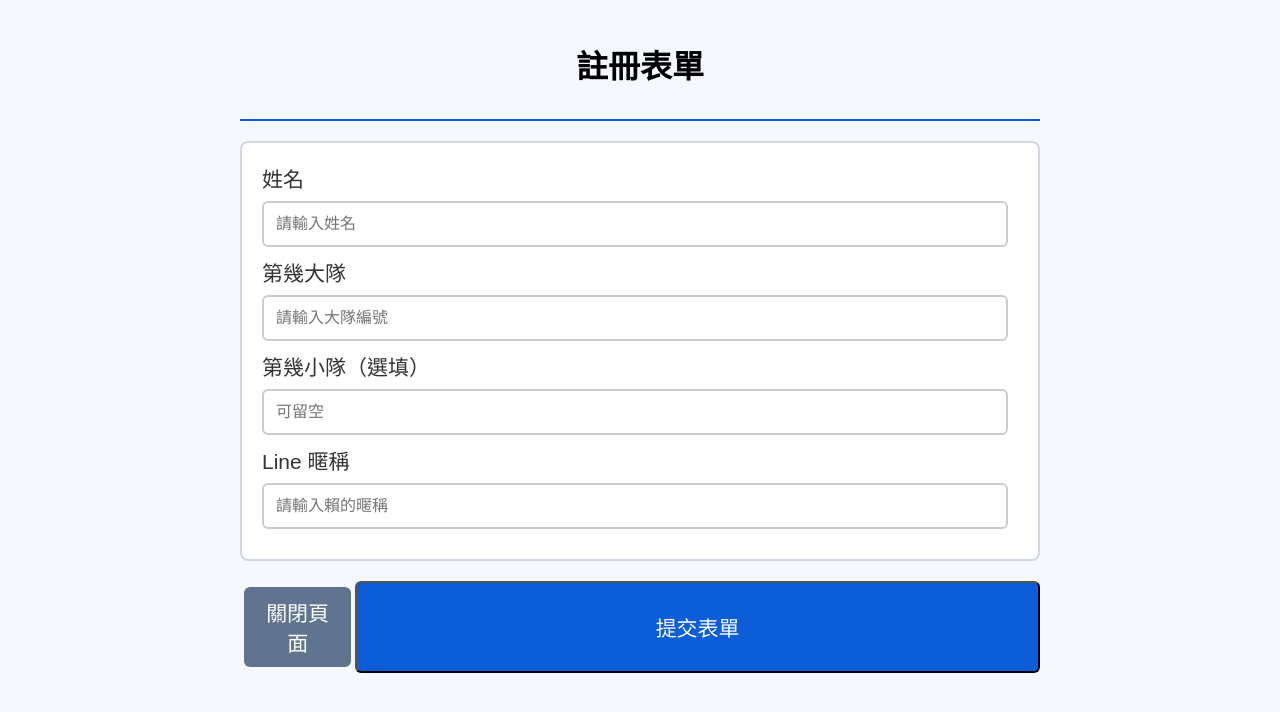
Repository: mommygoose40/register
Page: index.html
The author's editor kept a copy of each file at every save. The page is drawn from the files as they stood at one save, then again after the next save.
The browser window is 1280 px wide. The pictures show the whole page.

Above is the page before, as saved 2025-11-11 16:12:48.

### index.html
<!DOCTYPE html>
<html lang="zh-TW">
<head>
  <meta charset="UTF-8">
  <meta name="viewport" content="width=device-width, initial-scale=1.0">
  <title>防汛志工註冊表單</title>
  <style>
    /* === 基本排版設定 === */
    body {
      font-family: Arial, sans-serif;
      background-color: #f5f8ff;  /* 背景顏色 */
      color: #000;                /* 文字顏色 */
      margin: 0;
      padding: 0;
    }

    /* 內容區域的最大寬度 */
    .container {
      max-width: 800px;
      margin: 0 auto;   /* 居中 */
      padding: 20px;
    }

    /* 頁面標題樣式 */
    .header {
      text-align: center;
      color: #000;
      border-bottom: 2px solid #0b5ed7; /* 底部藍色邊框 */
      padding-bottom: 10px;
      margin-bottom: 20px;
    }

    /* 步驟標題樣式 */
    .step-title {
      font-weight: 700;
      font-size: 22px;
      color: #000;
      margin-bottom: 14px;
    }

    /* 表單區塊樣式 */
    .form-section {
      background: white;
      border-radius: 8px;
      border: 2px solid #d0d7e2;  /* 輕灰色邊框 */
      padding: 20px;
      margin-bottom: 20px;
    }

    /* 輸入框的樣式 */
    label {
      font-size: 21px;  /* 文字大小與異常類型選項一致 */
      color: #333;
      margin-bottom: 8px;
      display: inline-block;
    }

    input[type="text"],
    input[type="number"] {
      padding: 12px;
      width: 95%;
      border: 2px solid #ccc;
      border-radius: 6px;
      font-size: 16px;
      margin-bottom: 10px;
    }

    /* 按鈕樣式 */
    .ui-btn {
      display: inline-flex;
      align-items: center;
      justify-content: center;
      padding: 10px 18px;          /* 按鈕間距 */
      margin: 6px 4px;             /* 按鈕外邊距 */
      background: #0b5ed7;         /* 藍色按鈕背景顏色 */
      color: #fff;                 /* 文字顏色 */
      border: none;                /* 去除邊框 */
      border-radius: 6px;          /* 圓角設計 */
      font-size: 21px;             /* 字體大小 */
      cursor: pointer;
    }

    .ui-btn:active {
      filter: brightness(0.7);  /* 按鈕被按下時的亮度變暗效果 */
    }

    /* 灰色型按鈕 */
    .ui-btn.gray {
      background: #60748f;
    }

    /* 提交按鈕 */
    .submit-btn {
      background: #0b5ed7;
      font-size: 21px;
      color: white;
      padding: 12px 18px;
      border-radius: 6px;
      cursor: pointer;
      width: 100%;
    }

    .submit-btn:hover {
      background: #0a4a91;
    }

  </style>
</head>

<body>
  <div class="container">
    <div class="header">
      <h1>註冊表單</h1>
    </div>

    <div class="form-section">
      <label for="name">姓名</label>
      <input type="text" id="name" name="name" placeholder="請輸入姓名" required>

      <label for="division">第幾大隊</label>
      <input type="number" id="division" name="division" placeholder="請輸入大隊編號" required>

      <label for="team">第幾小隊（選填）</label>
      <input type="number" id="team" name="team" placeholder="可留空">

      <label for="lineName">Line 暱稱</label>
      <input type="text" id="lineName" name="lineName" placeholder="請輸入賴的暱稱" required>
    </div>

    <!-- 按鈕區域 -->
    <div style="display: flex; justify-content: space-between;">
      <button class="ui-btn gray" onclick="window.close()">關閉頁面</button>
      <button class="submit-btn" type="submit" onclick="submitForm()">提交表單</button>
    </div>
  </div>

  <script>
    function submitForm() {
  const name = document.getElementById('name').value;
  const division = document.getElementById('division').value;
  const team = document.getElementById('team').value;
  const lineName = document.getElementById('lineName').value;

  const formData = new FormData();
  formData.append('姓名', name);       // 使用中文鍵名
  formData.append('大隊', division);   // 使用中文鍵名
  formData.append('小隊', team);       // 使用中文鍵名
  formData.append('Line 暱稱', lineName);  // 使用中文鍵名

  fetch('https://script.google.com/macros/s/AKfycbywyP0GiL3xSz5sOEptSGQIKCjPYzUU1GMwM2aUQtJe3eCY9KIV-d21kbnIAUh6e_7m/exec', {
    method: 'POST',
    body: formData
  })
  .then(response => response.json())
  .then(data => {
    if (data.status === 'success') {
      showMessage('提交成功！註冊結果請等候管理員確認');
    } else {
      showMessage('提交失敗，請稍後再試');
    }
  })
  .catch(error => {
    console.error('Error:', error);
    showMessage('提交失敗，請稍後再試');
  });
}

function showMessage(text, onConfirm) {
  document.getElementById("customModal")?.remove();
  const overlay = document.createElement("div");
  overlay.id = "customModal";
  Object.assign(overlay.style, {
    position: "fixed",
    inset: "0",
    background: "rgba(0,0,0,0.6)",
    display: "flex",
    alignItems: "center",
    justifyContent: "center",
    zIndex: "9999",
  });
  const box = document.createElement("div");
  Object.assign(box.style, {
    background: "#fff",
    color: "#000",
    borderRadius: "12px",
    padding: "30px 40px",
    fontSize: "22px",
    textAlign: "center",
    maxWidth: "80%",
    boxShadow: "0 4px 20px rgba(0,0,0,0.3)",
  });
  box.innerHTML = text;

  const btn = document.createElement("button");
  btn.textContent = "確定";
  Object.assign(btn.style, {
    marginTop: "24px",
    fontSize: "20px",
    padding: "10px 28px",
    borderRadius: "8px",
    border: "none",
    background: "#0b5ed7",
    color: "#fff",
  });

  // ← 只改這段：先移除視窗，連續兩次 rAF 確保完成重繪，再執行 onConfirm（開相簿）
  btn.onclick = () => {
    overlay.remove();
    requestAnimationFrame(() => {
      requestAnimationFrame(() => {
        if (typeof onConfirm === "function") onConfirm();
      });
    });
  };

  box.appendChild(document.createElement("br"));
  box.appendChild(btn);
  overlay.appendChild(box);
  document.body.appendChild(overlay);
}
  </script>
</body>
</html>

After the next save:
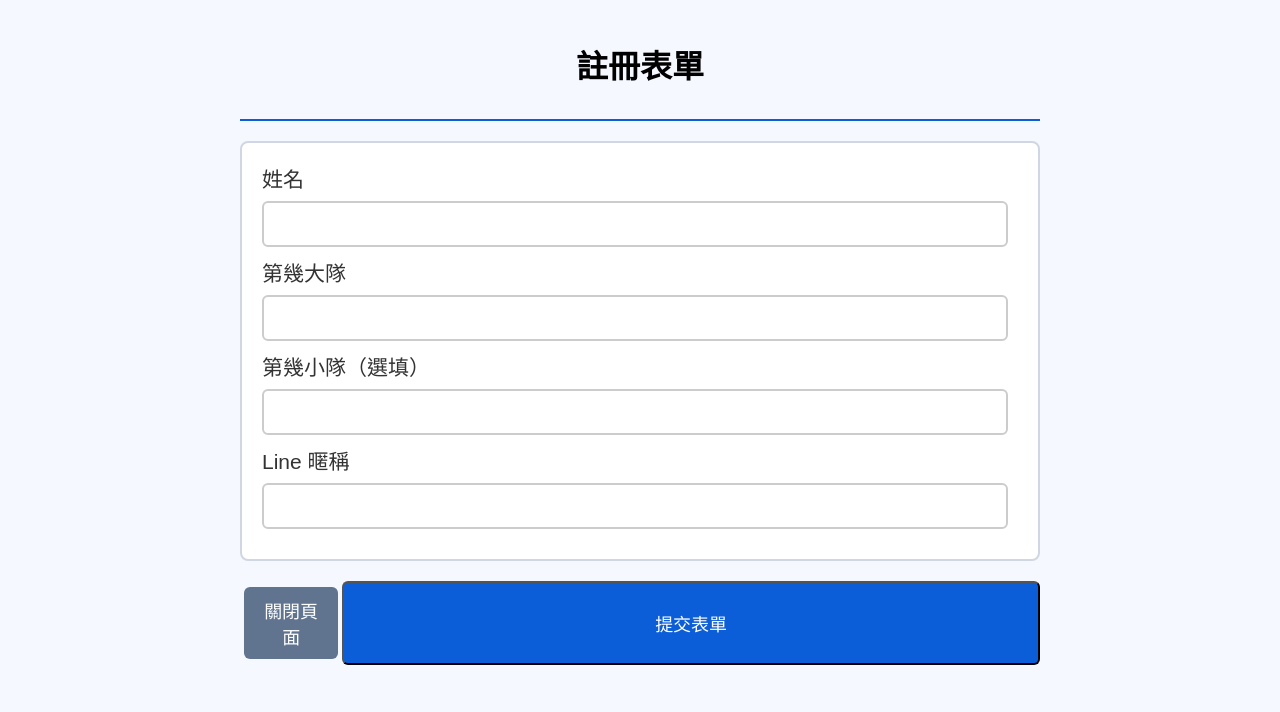
Saved 7 min 15 s later.
--- a/index.html
+++ b/index.html
@@ -70,13 +70,13 @@
       display: inline-flex;
       align-items: center;
       justify-content: center;
-      padding: 10px 18px;          /* 按鈕間距 */
+      padding: 10px 16px;  /* 減少按鈕的間距，讓它看起來不那麼大 */
       margin: 6px 4px;             /* 按鈕外邊距 */
       background: #0b5ed7;         /* 藍色按鈕背景顏色 */
       color: #fff;                 /* 文字顏色 */
       border: none;                /* 去除邊框 */
       border-radius: 6px;          /* 圓角設計 */
-      font-size: 21px;             /* 字體大小 */
+      font-size: 18px;             /* 字體大小較小，與其他元素一致 */
       cursor: pointer;
     }
 
@@ -92,9 +92,9 @@
     /* 提交按鈕 */
     .submit-btn {
       background: #0b5ed7;
-      font-size: 21px;
+      font-size: 18px;  /* 字體大小 */
       color: white;
-      padding: 12px 18px;
+      padding: 10px 20px;  /* 合適的按鈕間距 */
       border-radius: 6px;
       cursor: pointer;
       width: 100%;
@@ -115,16 +115,16 @@
 
     <div class="form-section">
       <label for="name">姓名</label>
-      <input type="text" id="name" name="name" placeholder="請輸入姓名" required>
+      <input type="text" id="name" name="name" required>
 
       <label for="division">第幾大隊</label>
-      <input type="number" id="division" name="division" placeholder="請輸入大隊編號" required>
+      <input type="number" id="division" name="division" required>
 
       <label for="team">第幾小隊（選填）</label>
-      <input type="number" id="team" name="team" placeholder="可留空">
+      <input type="number" id="team" name="team">
 
       <label for="lineName">Line 暱稱</label>
-      <input type="text" id="lineName" name="lineName" placeholder="請輸入賴的暱稱" required>
+      <input type="text" id="lineName" name="lineName" required>
     </div>
 
     <!-- 按鈕區域 -->
@@ -136,34 +136,34 @@
 
   <script>
     function submitForm() {
-  const name = document.getElementById('name').value;
-  const division = document.getElementById('division').value;
-  const team = document.getElementById('team').value;
-  const lineName = document.getElementById('lineName').value;
-
-  const formData = new FormData();
-  formData.append('姓名', name);       // 使用中文鍵名
-  formData.append('大隊', division);   // 使用中文鍵名
-  formData.append('小隊', team);       // 使用中文鍵名
-  formData.append('Line 暱稱', lineName);  // 使用中文鍵名
-
-  fetch('https://script.google.com/macros/s/AKfycbywyP0GiL3xSz5sOEptSGQIKCjPYzUU1GMwM2aUQtJe3eCY9KIV-d21kbnIAUh6e_7m/exec', {
-    method: 'POST',
-    body: formData
-  })
-  .then(response => response.json())
-  .then(data => {
-    if (data.status === 'success') {
-      showMessage('提交成功！註冊結果請等候管理員確認');
-    } else {
-      showMessage('提交失敗，請稍後再試');
-    }
-  })
-  .catch(error => {
-    console.error('Error:', error);
-    showMessage('提交失敗，請稍後再試');
-  });
-}
+      const name = document.getElementById('name').value;
+      const division = document.getElementById('division').value;
+      const team = document.getElementById('team').value;
+      const lineName = document.getElementById('lineName').value;
+
+      const formData = new FormData();
+      formData.append('姓名', name);       // 使用中文鍵名
+      formData.append('大隊', division);   // 使用中文鍵名
+      formData.append('小隊', team);       // 使用中文鍵名
+      formData.append('Line暱稱', lineName);  // 使用中文鍵名
+
+      fetch('https://script.google.com/macros/s/AKfycbywyP0GiL3xSz5sOEptSGQIKCjPYzUU1GMwM2aUQtJe3eCY9KIV-d21kbnIAUh6e_7m/exec', {
+        method: 'POST',
+        body: formData
+      })
+      .then(response => response.json())
+      .then(data => {
+        if (data.status === 'success') {
+          showMessage('提交成功！註冊結果請等候管理員確認');
+        } else {
+          showMessage('提交失敗，請稍後再試');
+        }
+      })
+      .catch(error => {
+        console.error('Error:', error);
+        showMessage('提交失敗，請稍後再試');
+      });
+    }
 
 function showMessage(text, onConfirm) {
   document.getElementById("customModal")?.remove();
